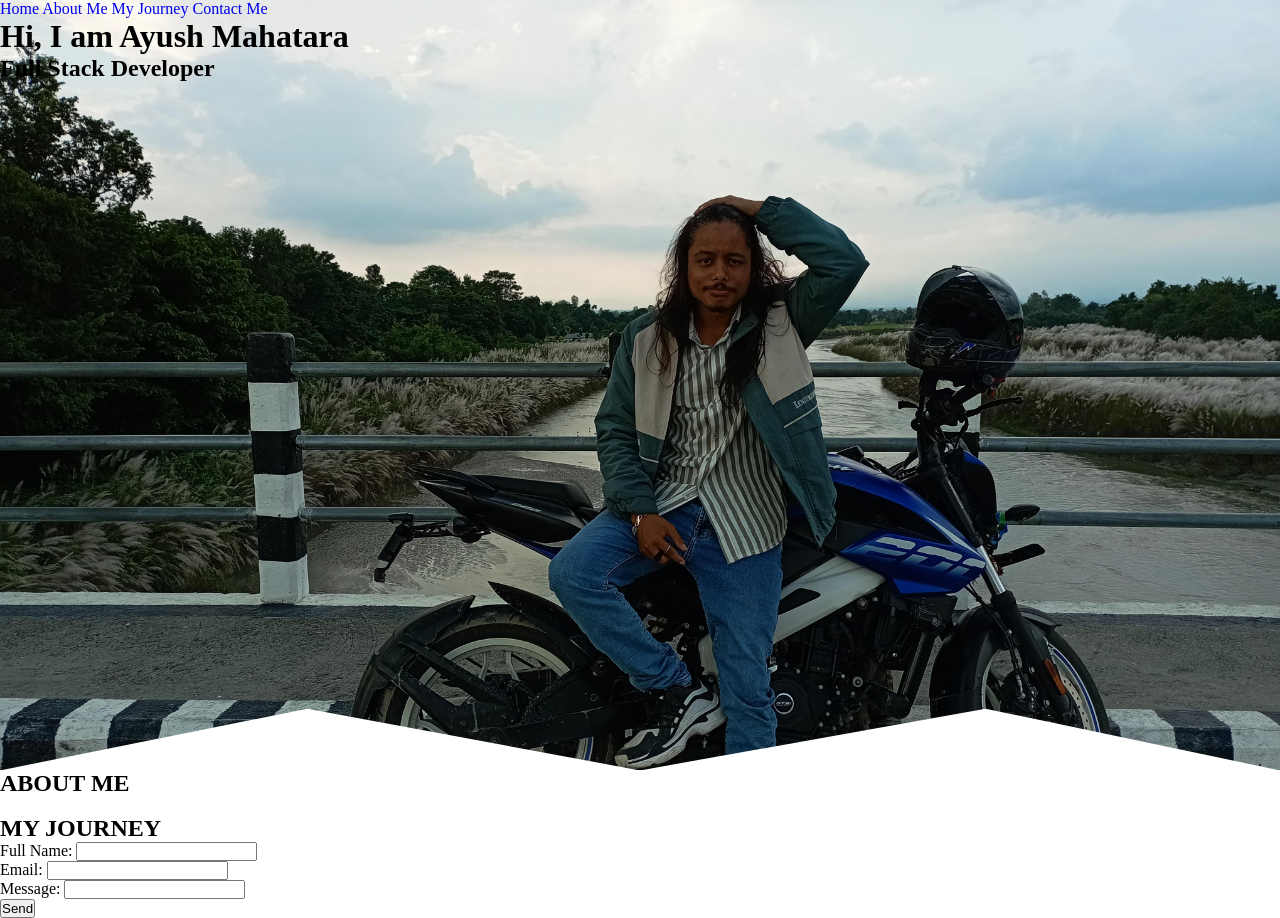
Repository: AyushMahatara/personal-website
Page: New folder/index.html
An editor plug-in stored every save of this project. The page is shown before and after the next save, followed by the edit.
The browser window is 1280 px wide. The pictures show the whole page.
Backgrounds fixed to the window are drawn as part of the page.

Above is the page before, as saved 2023-07-19 22:46:32.

After the next save:
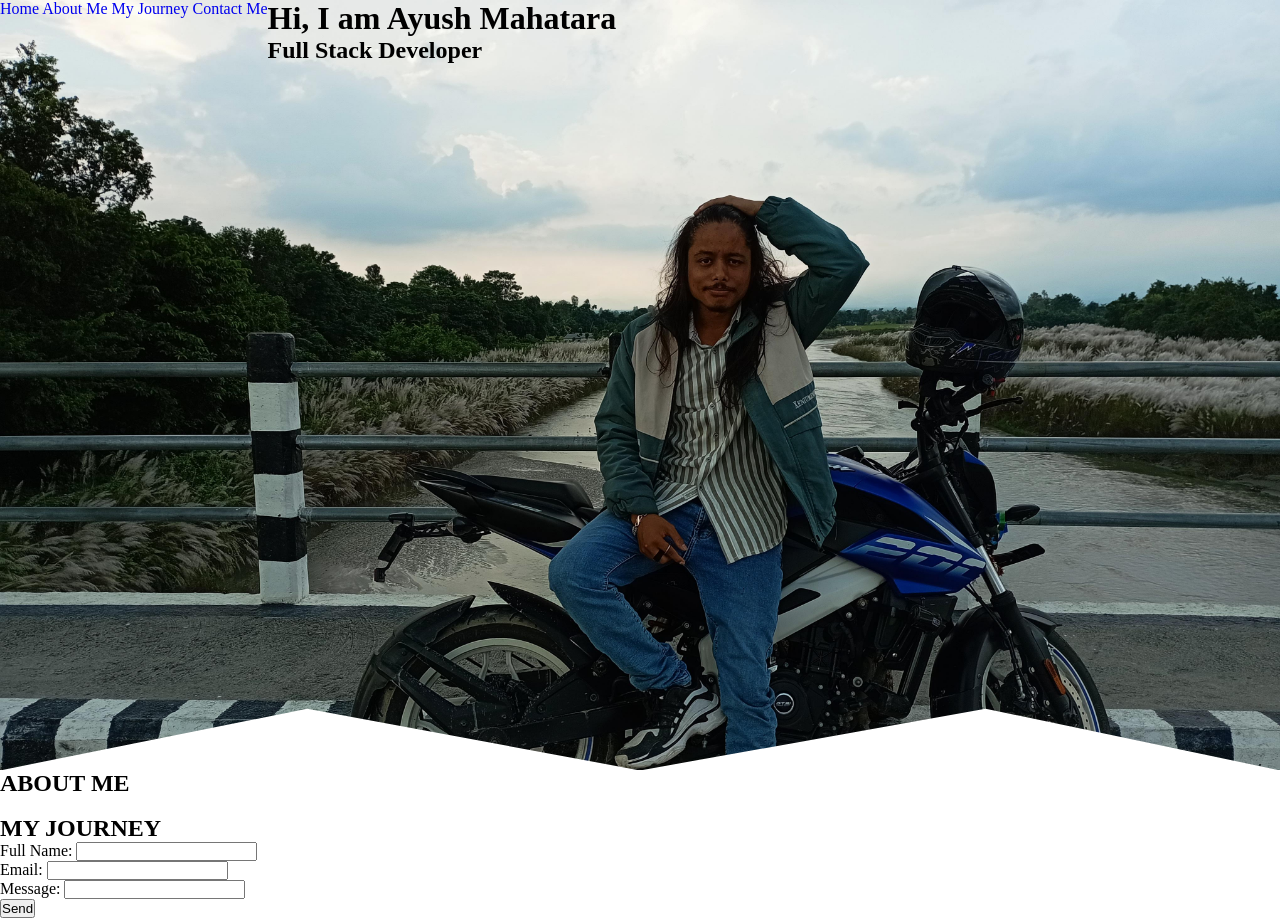
Saved 16 s later.
--- a/New folder/index.html
+++ b/New folder/index.html
@@ -32,6 +32,10 @@
       );
 
       overflow: hidden;
+    }
+
+    .first {
+      display: flex;
     }
   </style>
   <body>

After the save that followed:
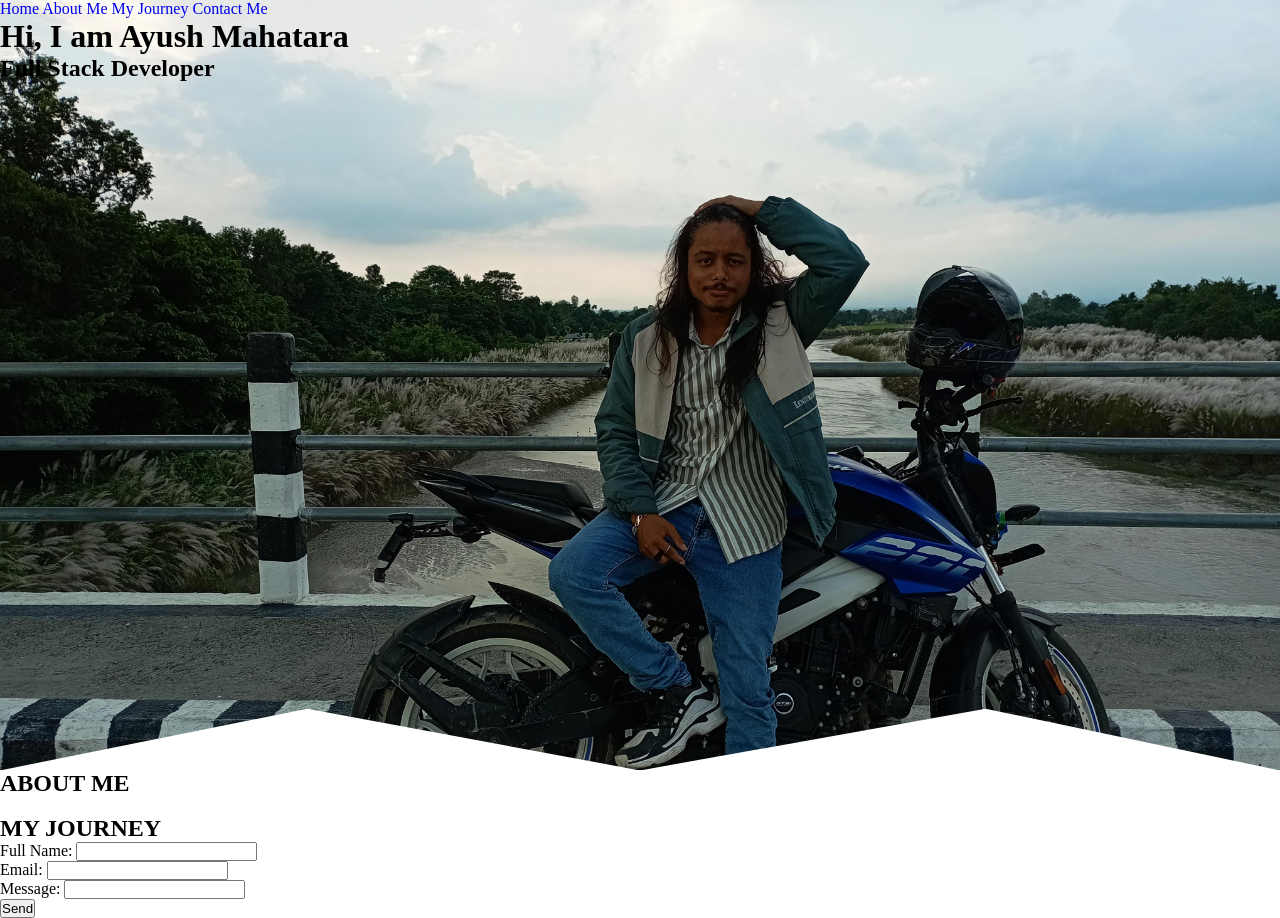
Saved 11 s later.
--- a/New folder/index.html
+++ b/New folder/index.html
@@ -35,7 +35,6 @@
     }
 
     .first {
-      display: flex;
     }
   </style>
   <body>
